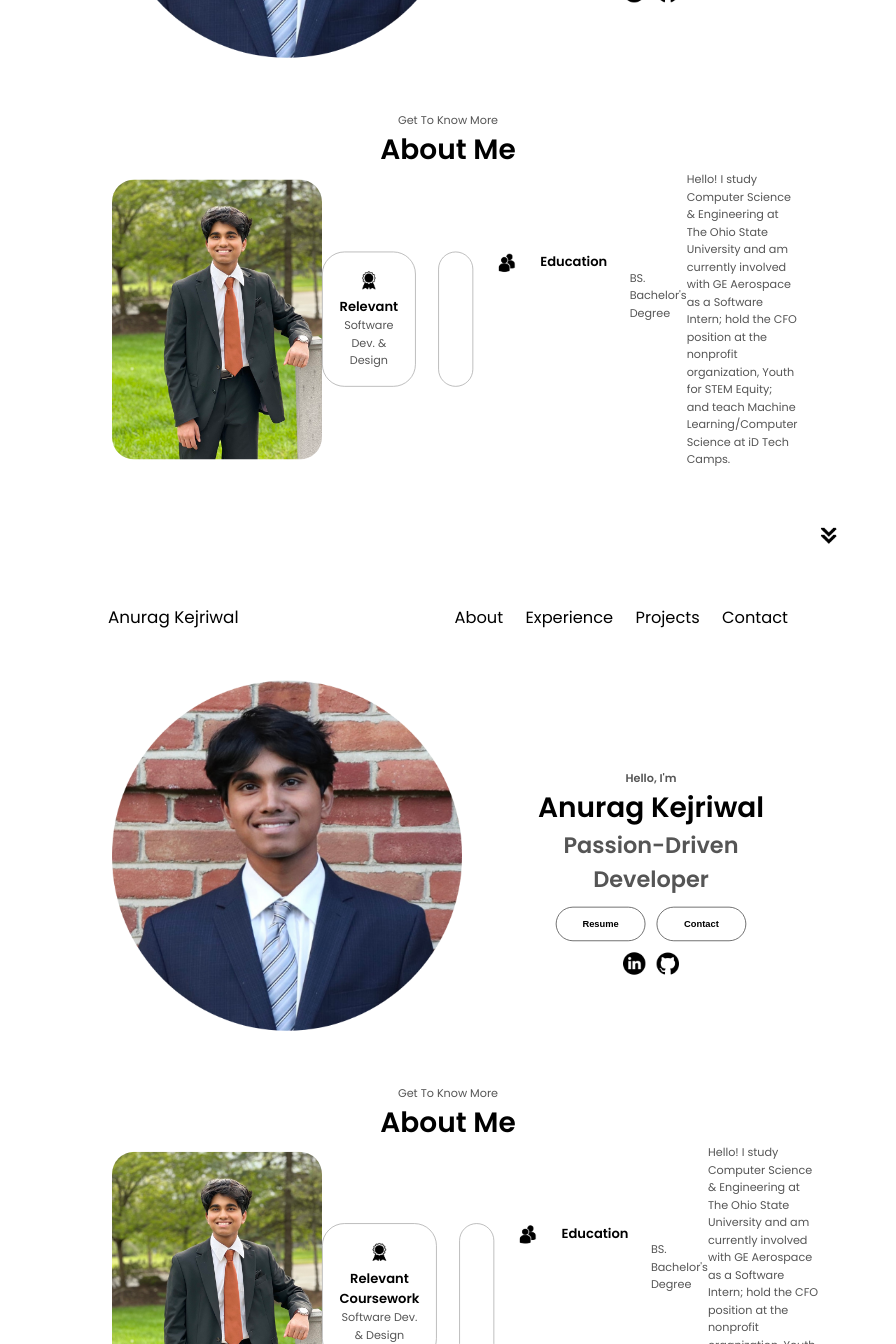
Repository: anuragkej/OldPortfolio
Page: index.html
An editor plug-in stored every save of this project. The page is shown before and after the next save, followed by the edit.
The browser window is 1280 px wide. The pictures show the part of the page from y = 568 to 2488 px (the page is 2779 px tall before and 1390 px after), at 70% of full size.

Above is the page before, as saved 2024-05-26 05:00:53.

### index.html
<!DOCTYPE html>
<html lang="en">
<head>
    <meta charset="UTF-8">
    <meta name="viewport" content="width=device-width, initial-scale=1.0">
    <title>Personal Portfolio</title>
    <link rel="stylesheet" href="style.css">
    <link rel="stylesheet" href="mediaqueries.css">
</head>
<body>
    <nav id="desktop-nav">
        <div class="logo">Anurag Kejriwal</div>
        <div>
            <ul class="nav-links">
                <li><a href="#about">About</a></li>
                <li><a href="#experience">Experience</a></li>
                <li><a href="#projects">Projects</a></li>
                <li><a href="#contact">Contact</a></li>
            </ul>
        </div>
    </nav>
    <nav id="hamburger-nav">
        <div class="logo">Anurag Kejriwal</div>
        <div class="hamburger-menu">
            <div class="hamburger-icon" onclick="toggleMenu()">
                <span></span>
                <span></span>
                <span></span>
            </div>
            <div class="menu-links">
                <li><a href="#about" onclick="toggleMenu()" >About</a></li>
                <li><a href="#experience" onclick="toggleMenu()">Experience</a></li>
                <li><a href="#projects" onclick="toggleMenu()">Projects</a></li>
                <li><a href="#contact" onclick="toggleMenu()">Contact</a></li>
            </div>
        </div>
    </nav>
    <section id="profile">
        <div class="section_pic-container">
            <img src="./assets/anuragprofpic.png" alt="Anurag Kejriwal profile picture">
        </div>
        <div class="section__text">
            <p class="section__text__p1">Hello, I'm</p>
            <h1 class="title">Anurag Kejriwal</h1>
            <p class="section__text__p2">Passion-Driven Developer</p>
            <div class="btn-container">
                <button class="btn btn-color-2"
                onclick="window.open('./assets/AnuragKejriwalResume_2026.pdf')">Resume</button>
                <button class="btn btn-color-1"
                onclick="location.href='./#contact'">Contact</button>
            </div>
            <div id="socials-container">
                <img src="./assets/linkedin.png" alt="My LinkedIn Profile"
                class ="icon" onclick="location.href='https://linkedin.com/in/anuragkejriwal1/'">
                <img src="./assets/github.png" alt="My Github Profile"
                class ="icon" onclick="location.href='https://github.com/anuragkej'">
            </div>
        </div>
    </section>
    <section id="about">
        <p class="section__text__p1">Get To Know More</p>
        <h1 class="title">About Me</h1>
        <div class="section-container">
        <div class="section__pic-container">
            <img src="./assets/E4CC9343-5963-4651-9569-35505B2238C1_1_105_c.jpeg" alt="Profile Picture" class="about-pic"/>
        </div>
        <div class="about-details-container">
            <div class="about-containers">
                <div class="details-container">
                    <img src="./assets/experience.png" alt="Experience icon" class="icon"/>
                    <h3>Relevant </h3>
                    <p>Software Dev. & Design</p>
                </div>
                <div class="details-container"></div>
                <img src="./assets/education.png" alt="Education icon" class="icon"/>
                    <h3>Education</h3>
                    <p><br>BS. Bachelor's Degree</p>
            </div>
        </div>
        <div class="text-container">
            <p>Hello! I study Computer Science & Engineering at The Ohio State University and am currently involved with GE Aerospace as a Software Intern; hold the CFO position at the nonprofit organization, Youth for STEM Equity; and teach Machine Learning/Computer Science at iD Tech Camps.</p>
        </div>
        </div>
        <img src="./assets/arrow.png"
        alt="Arrow Image"
        class="icon arrow"
        onclick = "location.href='./#experience'"
        >
    </section>
    <script src="script.js"></script>

</body>
</html>
<!DOCTYPE html>
<html lang="en">
<head>
    <meta charset="UTF-8">
    <meta name="viewport" content="width=device-width, initial-scale=1.0">
    <title>Personal Portfolio</title>
    <link rel="stylesheet" href="style.css">
    <link rel="stylesheet" href="mediaqueries.css">
</head>
<body>
    <nav id="desktop-nav">
        <div class="logo">Anurag Kejriwal</div>
        <div>
            <ul class="nav-links">
                <li><a href="#about">About</a></li>
                <li><a href="#experience">Experience</a></li>
                <li><a href="#projects">Projects</a></li>
                <li><a href="#contact">Contact</a></li>
            </ul>
        </div>
    </nav>
    <nav id="hamburger-nav">
        <div class="logo">Anurag Kejriwal</div>
        <div class="hamburger-menu">
            <div class="hamburger-icon" onclick="toggleMenu()">
                <span></span>
                <span></span>
                <span></span>
            </div>
            <div class="menu-links">
                <li><a href="#about" onclick="toggleMenu()" >About</a></li>
                <li><a href="#experience" onclick="toggleMenu()">Experience</a></li>
                <li><a href="#projects" onclick="toggleMenu()">Projects</a></li>
                <li><a href="#contact" onclick="toggleMenu()">Contact</a></li>
            </div>
        </div>
    </nav>
    <section id="profile">
        <div class="section_pic-container">
            <img src="./assets/anuragprofpic.png" alt="Anurag Kejriwal profile picture">
        </div>
        <div class="section__text">
            <p class="section__text__p1">Hello, I'm</p>
            <h1 class="title">Anurag Kejriwal</h1>
            <p class="section__text__p2">Passion-Driven Developer</p>
            <div class="btn-container">
                <button class="btn btn-color-2"
                onclick="window.open('./assets/AnuragKejriwalResume_2026.pdf')">Resume</button>
                <button class="btn btn-color-1"
                onclick="location.href='./#contact'">Contact</button>
            </div>
            <div id="socials-container">
                <img src="./assets/linkedin.png" alt="My LinkedIn Profile"
                class ="icon" onclick="location.href='https://linkedin.com/in/anuragkejriwal1/'">
                <img src="./assets/github.png" alt="My Github Profile"
                class ="icon" onclick="location.href='https://github.com/anuragkej'">
            </div>
        </div>
    </section>
    <section id="about">
        <p class="section__text__p1">Get To Know More</p>
        <h1 class="title">About Me</h1>
        <div class="section-container">
        <div class="section__pic-container">
            <img src="./assets/E4CC9343-5963-4651-9569-35505B2238C1_1_105_c.jpeg" alt="Profile Picture" class="about-pic"/>
        </div>
        <div class="about-details-container">
            <div class="about-containers">
                <div class="details-container">
                    <img src="./assets/experience.png" alt="Experience icon" class="icon"/>
                    <h3>Relevant Coursework</h3>
                    <p>Software Dev. & Design</p>
                </div>
                <div class="details-container"></div>
                <img src="./assets/education.png" alt="Education icon" class="icon"/>
                    <h3>Education</h3>
                    <p><br>BS. Bachelor's Degree</p>
            </div>
        </div>
        <div class="text-container">
            <p>Hello! I study Computer Science & Engineering at The Ohio State University and am currently involved with GE Aerospace as a Software Intern; hold the CFO position at the nonprofit organization, Youth for STEM Equity; and teach Machine Learning/Computer Science at iD Tech Camps.</p>
        </div>
        </div>
        <img src="./assets/arrow.png"
        alt="Arrow Image"
        class="icon arrow"
        onclick = "location.href='./#experience'"
        >
    </section>
    <script src="script.js"></script>

</body>
</html>

### style.css
/* General */

@import url('https://fonts.googleapis.com/css2?family=Poppins:wght@300;400;500;600&display=swap');
*{
    margin: 0;
    padding: 0;
}

body{
    font-family: "Poppins", sans-serif;
}

html{
    scroll-behavior: smooth;
}

p{
    color: rgb(85, 85, 85);
}

/* Transition */
/* all the links, with button*/

a,
.btn{
    transition: all 300ms ease;
}

/*Desktop navigation */

nav, .nav-links {
    display: flex;
}

nav{
    justify-content: space-around;
    align-items: center;
    height: 17vh;
}

.nav-links{
    gap: 2rem;
    list-style: none;
    font-size: 1.45rem;
}

a{
    color: black;
    text-decoration: none;
    text-decoration-color: white;

}

a:hover{
    color: grey;
    text-decoration: underline;
    text-underline-offset: 0.7rem;
    text-decoration-color: rgb(181, 181, 181);
}

.logo{
    font-size: 1.5rem
}

.logo:hover{
    cursor:default;
}

/*Hamburger menu */

#hamburger-nav{
    display: none;
}

.hamburger-menu{
    position: relative;
    display: inline-block;
}

.hamburger-icon{
    display: flex;
    flex-direction: column;
    justify-content: space-between;
    height: 24px;
    width: 30px;
    cursor: pointer;
}

.hamburger-icon span{
    width: 100%;
    height: 2px;
    background-color: black;
    transition: all 0.3 ease-in-out;
}

.menu-links{
    position: absolute;
    top: 100%;
    right: 0%;
    background-color: white;
    width: fit-content;
    max-height: 0;
    overflow: hidden;
    transition: all 0.3 ease-in-out;
}

.menu-links a{
    display: block;
    padding: 10px;
    text-align: center;
    font-size: 1.5rem;
    color:black;
    text-decoration: none;
    transition: all 0.3 ease-in-out;

}

.menu-links li{
    list-style: none;
}

.menu-links.open{
    max-height: 300px;
}

.hamburger-icon.open span:first-child{
    transform: rotate(45deg) translate(10px, 5px);
}
.hamburger-icon.open span:nth-child(2){
    opacity: 0;
}
.hamburger-icon.open span:last-child{
    transform: rotate(-45deg) translate(10px, -5px);
}

.hamburger-icon span:first-child{
    transform: none;
}
.hamburger-icon span:first-child{
    opacity: 1;
}
.hamburger-icon span:first-child{
    transform: none;
}

/*Sections*/

section{
    padding-top: 4vh;
    height: 96vh;
    margin: 0 10rem;
    box-sizing: border-box;
    min-height: fit-content;
}

.section-container{
    display: flex;
}

/*Profile Section*/

#profile {
    display: flex;
    justify-content: center;
    gap: 5rem;
    height: 80vh;
}

.section__pic-container{
    display: flex;
    height: 400px;
    width: 400px;
    margin: auto 0;
}

.section__text{
    align-self: center;
    text-align: center;

}

.section__text p{
    font-weight: 600;
}

.section__text__p1{
    text-align: center;
}
.section__text__p2{
    font-size: 2rem;
    margin-bottom: 1rem;
}

.title{
    font-size: 2.5rem;
    text-align: center;
}

#socials-container{
    display: flex;
    justify-content: center;
    margin-top: 1rem;
    gap: 1rem;
}

/*Icon*/

.icon{
    cursor: pointer;
    height: 2rem;
}

/*Buttons*/

.btn-container{
    display: flex;
    justify-content: center;
    gap: 1rem;

}

.btn{
    font-weight: 600;
    transition: all 300ms ease;
    padding: 1rem;
    width: 8rem;
    border-radius: 2rem;
}

.btn-color-1, .btn-color-2{
    border: rgb(53,53,53) 0.1rem solid;
}

.btn-color-1:hover, .btn-color-2:hover{
    cursor: pointer;
}


.btn-color-1:hover, .btn-color-2:hover{
    background: rgb(42, 42, 42);
    color: white;
}

.btn-color-2, .btn-color-1 {
    background: none;
}

.btn-color-2:hover{
    border: rgb(255,255,255) 0.3rem solid;
}


.btn-color-1:hover{
    border: rgb(255,255,255) 0.3rem solid;
}

.btn-container {
    gap: 1rem;
}

/*About section*/

#about{
    position: relative;
}

.about-containers{
    gap:2rem;
    margin-bottom: 2rem;
    margin-top: 2rem;
}

.about-details-container{
    justify-content: center;
    flex-direction: column;

}

.about-containers, .about-details-container{
    display: flex;
}

.about-pic{
    border-radius: 2rem;
}

.arrow{
    position: absolute;
    right: -5rem;
    bottom: 2.5rem;
}

.details-container{
    padding: 1.5rem;
    flex: 1;
    background: white;
    border-radius: 2rem;
    border: rgb(53, 53, 53) 0.1rem solid;
    border-color: rgb(163, 163, 163);
    text-align: center;
}
/* General */

@import url('https://fonts.googleapis.com/css2?family=Poppins:wght@300;400;500;600&display=swap');
*{
    margin: 0;
    padding: 0;
}

body{
    font-family: "Poppins", sans-serif;
}

html{
    scroll-behavior: smooth;
}

p{
    color: rgb(85, 85, 85);
}

/* Transition */
/* all the links, with button*/

a,
.btn{
    transition: all 300ms ease;
}

/*Desktop navigation */

nav, .nav-links {
    display: flex;
}

nav{
    justify-content: space-around;
    align-items: center;
    height: 17vh;
}

.nav-links{
    gap: 2rem;
    list-style: none;
    font-size: 1.45rem;
}

a{
    color: black;
    text-decoration: none;
    text-decoration-color: white;

}

a:hover{
    color: grey;
    text-decoration: underline;
    text-underline-offset: 0.7rem;
    text-decoration-color: rgb(181, 181, 181);
}

.logo{
    font-size: 1.5rem
}

.logo:hover{
    cursor:default;
}

/*Hamburger menu */

#hamburger-nav{
    display: none;
}

.hamburger-menu{
    position: relative;
    display: inline-block;
}

.hamburger-icon{
    display: flex;
    flex-direction: column;
    justify-content: space-between;
    height: 24px;
    width: 30px;
    cursor: pointer;
}

.hamburger-icon span{
    width: 100%;
    height: 2px;
    background-color: black;
    transition: all 0.3 ease-in-out;
}

.menu-links{
    position: absolute;
    top: 100%;
    right: 0%;
    background-color: white;
    width: fit-content;
    max-height: 0;
    overflow: hidden;
    transition: all 0.3 ease-in-out;
}

.menu-links a{
    display: block;
    padding: 10px;
    text-align: center;
    font-size: 1.5rem;
    color:black;
    text-decoration: none;
    transition: all 0.3 ease-in-out;

}

.menu-links li{
    list-style: none;
}

.menu-links.open{
    max-height: 300px;
}

.hamburger-icon.open span:first-child{
    transform: rotate(45deg) translate(10px, 5px);
}
.hamburger-icon.open span:nth-child(2){
    opacity: 0;
}
.hamburger-icon.open span:last-child{
    transform: rotate(-45deg) translate(10px, -5px);
}

.hamburger-icon span:first-child{
    transform: none;
}
.hamburger-icon span:first-child{
    opacity: 1;
}
.hamburger-icon span:first-child{
    transform: none;
}

/*Sections*/

section{
    padding-top: 4vh;
    height: 96vh;
    margin: 0 10rem;
    box-sizing: border-box;
    min-height: fit-content;
}

.section-container{
    display: flex;
}

/*Profile Section*/

#profile {
    display: flex;
    justify-content: center;
    gap: 5rem;
    height: 80vh;
}

.section__pic-container{
    display: flex;
    height: 400px;
    width: 400px;
    margin: auto 0;
}

.section__text{
    align-self: center;
    text-align: center;

}

.section__text p{
    font-weight: 600;
}

.section__text__p1{
    text-align: center;
}
.section__text__p2{
    font-size: 2rem;
    margin-bottom: 1rem;
}

.title{
    font-size: 2.5rem;
    text-align: center;
}

#socials-container{
    display: flex;
    justify-content: center;
    margin-top: 1rem;
    gap: 1rem;
}

/*Icon*/

.icon{
    cursor: pointer;
    height: 2rem;
}

/*Buttons*/

.btn-container{
    display: flex;
    justify-content: center;
    gap: 1rem;

}

.btn{
    font-weight: 600;
    transition: all 300ms ease;
    padding: 1rem;
    width: 8rem;
    border-radius: 2rem;
}

.btn-color-1, .btn-color-2{
    border: rgb(53,53,53) 0.1rem solid;
}

.btn-color-1:hover, .btn-color-2:hover{
    cursor: pointer;
}


.btn-color-1:hover, .btn-color-2:hover{
    background: rgb(42, 42, 42);
    color: white;
}

.btn-color-2, .btn-color-1 {
    background: none;
}

.btn-color-2:hover{
    border: rgb(255,255,255) 0.3rem solid;
}


.btn-color-1:hover{
    border: rgb(255,255,255) 0.3rem solid;
}

.btn-container {
    gap: 1rem;
}

/*About section*/

#about{
    position: relative;
}

.about-containers{
    gap:2rem;
    margin-bottom: 2rem;
    margin-top: 2rem;
}

.about-details-container{
    justify-content: center;
    flex-direction: column;

}

.about-containers, .about-details-container{
    display: flex;
}

.about-pic{
    border-radius: 2rem;
}

.arrow{
    position: absolute;
    right: -5rem;
    bottom: 2.5rem;
}
/* General */

@import url('https://fonts.googleapis.com/css2?family=Poppins:wght@300;400;500;600&display=swap');
*{
    margin: 0;
    padding: 0;
}

body{
    font-family: "Poppins", sans-serif;
}

html{
    scroll-behavior: smooth;
}

p{
    color: rgb(85, 85, 85);
}

/* Transition */
/* all the links, with button*/

a,
.btn{
    transition: all 300ms ease;
}

/*Desktop navigation */

nav, .nav-links {
    display: flex;
}

nav{
    justify-content: space-around;
    align-items: center;
    height: 17vh;
}

.nav-links{
    gap: 2rem;
    list-style: none;
    font-size: 1.45rem;
}

a{
    color: black;
    text-decoration: none;
    text-decoration-color: white;

}

a:hover{
    color: grey;
    text-decoration: underline;
    text-underline-offset: 0.7rem;
    text-decoration-color: rgb(181, 181, 181);
}

.logo{
    font-size: 1.5rem
}

.logo:hover{
    cursor:default;
}

/*Hamburger menu */

#hamburger-nav{
    display: none;
}

.hamburger-menu{
    position: relative;
    display: inline-block;
}

.hamburger-icon{
    display: flex;
    flex-direction: column;
    justify-content: space-between;
    height: 24px;
    width: 30px;
    cursor: pointer;
}

.hamburger-icon span{
    width: 100%;
    height: 2px;
    background-color: black;
    transition: all 0.3 ease-in-out;
}

.menu-links{
    position: absolute;
    top: 100%;
    right: 0%;
    background-color: white;
    width: fit-content;
    max-height: 0;
    overflow: hidden;
    transition: all 0.3 ease-in-out;
}

.menu-links a{
    display: block;
    padding: 10px;
    text-align: center;
    font-size: 1.5rem;
    color:black;
    text-decoration: none;
    transition: all 0.3 ease-in-out;

}

.menu-links li{
    list-style: none;
}

.menu-links.open{
    max-height: 300px;
}

.hamburger-icon.open span:first-child{
    transform: rotate(45deg) translate(10px, 5px);
}
.hamburger-icon.open span:nth-child(2){
    opacity: 0;
}
.hamburger-icon.open span:last-child{
    transform: rotate(-45deg) translate(10px, -5px);
}

.hamburger-icon span:first-child{
    transform: none;
}
.hamburger-icon span:first-child{
    opacity: 1;
}
.hamburger-icon span:first-child{
    transform: none;
}

/*Sections*/

section{
    padding-top: 4vh;
    height: 96vh;
    margin: 0 10rem;
    box-sizing: border-box;
    min-height: fit-content;
}

.section-container{
    display: flex;
}

/*Profile Section*/

#profile {
    display: flex;
    justify-content: center;
    gap: 5rem;
    height: 80vh;
}

.section__pic-container{
    display: flex;
    height: 400px;
    width: 400px;
    margin: auto 0;
}

.section__text{
    align-self: center;
    text-align: center;

}

.section__text p{
    font-weight: 600;
}

.section__text__p1{
    text-align: center;
}
.section__text__p2{
    font-size: 2rem;
    margin-bottom: 1rem;
}

.title{
    font-size: 2.5rem;
    text-align: center;
}

#socials-container{
    display: flex;
    justify-content: center;
    margin-top: 1rem;
    gap: 1rem;
}

/*Icon*/

.icon{
    cursor: pointer;
    height: 2rem;
}

/*Buttons*/

.btn-container{
    display: flex;
    justify-content: center;
    gap: 1rem;

}

.btn{
    font-weight: 600;
    transition: all 300ms ease;
    padding: 1rem;
    width: 8rem;
    border-radius: 2rem;
}

.btn-color-1, .btn-color-2{
    border: rgb(53,53,53) 0.1rem solid;
}

.btn-color-1:hover, .btn-color-2:hover{
    cursor: pointer;
}


.btn-color-1:hover, .btn-color-2:hover{
    background: rgb(42, 42, 42);
    color: white;
}

.btn-color-2, .btn-color-1 {
    background: none;
}

.btn-color-2:hover{
    border: rgb(255,255,255) 0.3rem solid;
}


.btn-color-1:hover{
    border: rgb(255,255,255) 0.3rem solid;
}

.btn-container {
    gap: 1rem;
}

/*About section*/

#about{
    position: relative;
}

.about-containers{
    gap:2rem;
}

.about-details-container{
    justify-content: center;
    flex-direction: column;

}

.about-containers, .about-details-container{
    display: flex;
}

.about-pic{
    border-radius: 2rem;
}

.arrow{
    position: absolute;
    right: -5rem;
    bottom: 2.5rem;
}

### mediaqueries.css
@media screen and (max-width: 1200px) {
    #desktop-nav {
        display: none;
    }
    #hamburger-nav{
        display: flex;
    }
}

### script.js
function toggleMenu(){
    const menu = document.querySelector(".menu-links");
    const icon = document.querySelector(".hamburger-icon");
    menu.classList.toggle("open");
    icon.classList.toggle("open");
}
function toggleMenu(){
    const menu = document.querySelector(".menu-links");
    const icon = document.querySelector(".hamburger-icon");
    menu.classList.toggle("open");
    icon.classList.toggle("open");
}

After the next save:
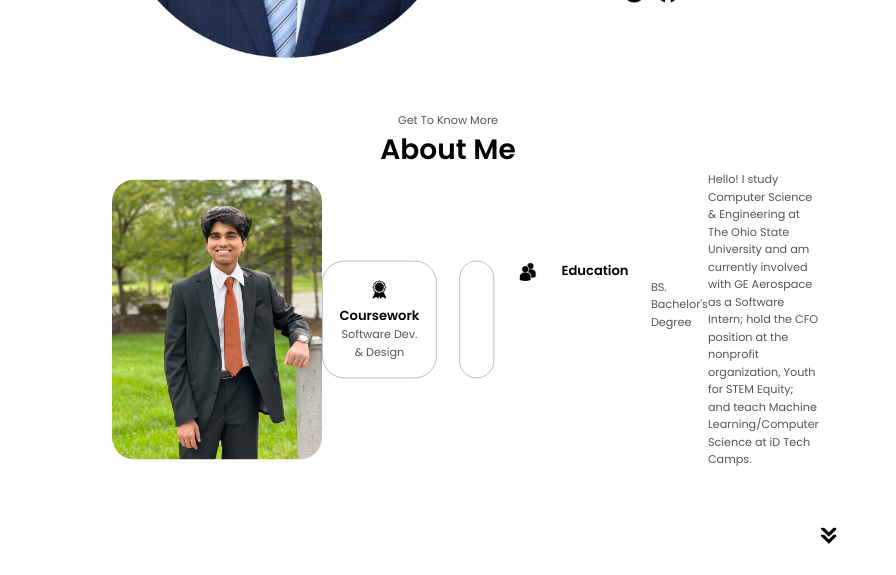
Saved 9 s later.
--- a/index.html
+++ b/index.html
@@ -68,7 +68,7 @@
             <div class="about-containers">
                 <div class="details-container">
                     <img src="./assets/experience.png" alt="Experience icon" class="icon"/>
-                    <h3>Relevant </h3>
+                    <h3>Coursework </h3>
                     <p>Software Dev. & Design</p>
                 </div>
                 <div class="details-container"></div>
@@ -91,96 +91,3 @@
 
 </body>
 </html>
-<!DOCTYPE html>
-<html lang="en">
-<head>
-    <meta charset="UTF-8">
-    <meta name="viewport" content="width=device-width, initial-scale=1.0">
-    <title>Personal Portfolio</title>
-    <link rel="stylesheet" href="style.css">
-    <link rel="stylesheet" href="mediaqueries.css">
-</head>
-<body>
-    <nav id="desktop-nav">
-        <div class="logo">Anurag Kejriwal</div>
-        <div>
-            <ul class="nav-links">
-                <li><a href="#about">About</a></li>
-                <li><a href="#experience">Experience</a></li>
-                <li><a href="#projects">Projects</a></li>
-                <li><a href="#contact">Contact</a></li>
-            </ul>
-        </div>
-    </nav>
-    <nav id="hamburger-nav">
-        <div class="logo">Anurag Kejriwal</div>
-        <div class="hamburger-menu">
-            <div class="hamburger-icon" onclick="toggleMenu()">
-                <span></span>
-                <span></span>
-                <span></span>
-            </div>
-            <div class="menu-links">
-                <li><a href="#about" onclick="toggleMenu()" >About</a></li>
-                <li><a href="#experience" onclick="toggleMenu()">Experience</a></li>
-                <li><a href="#projects" onclick="toggleMenu()">Projects</a></li>
-                <li><a href="#contact" onclick="toggleMenu()">Contact</a></li>
-            </div>
-        </div>
-    </nav>
-    <section id="profile">
-        <div class="section_pic-container">
-            <img src="./assets/anuragprofpic.png" alt="Anurag Kejriwal profile picture">
-        </div>
-        <div class="section__text">
-            <p class="section__text__p1">Hello, I'm</p>
-            <h1 class="title">Anurag Kejriwal</h1>
-            <p class="section__text__p2">Passion-Driven Developer</p>
-            <div class="btn-container">
-                <button class="btn btn-color-2"
-                onclick="window.open('./assets/AnuragKejriwalResume_2026.pdf')">Resume</button>
-                <button class="btn btn-color-1"
-                onclick="location.href='./#contact'">Contact</button>
-            </div>
-            <div id="socials-container">
-                <img src="./assets/linkedin.png" alt="My LinkedIn Profile"
-                class ="icon" onclick="location.href='https://linkedin.com/in/anuragkejriwal1/'">
-                <img src="./assets/github.png" alt="My Github Profile"
-                class ="icon" onclick="location.href='https://github.com/anuragkej'">
-            </div>
-        </div>
-    </section>
-    <section id="about">
-        <p class="section__text__p1">Get To Know More</p>
-        <h1 class="title">About Me</h1>
-        <div class="section-container">
-        <div class="section__pic-container">
-            <img src="./assets/E4CC9343-5963-4651-9569-35505B2238C1_1_105_c.jpeg" alt="Profile Picture" class="about-pic"/>
-        </div>
-        <div class="about-details-container">
-            <div class="about-containers">
-                <div class="details-container">
-                    <img src="./assets/experience.png" alt="Experience icon" class="icon"/>
-                    <h3>Relevant Coursework</h3>
-                    <p>Software Dev. & Design</p>
-                </div>
-                <div class="details-container"></div>
-                <img src="./assets/education.png" alt="Education icon" class="icon"/>
-                    <h3>Education</h3>
-                    <p><br>BS. Bachelor's Degree</p>
-            </div>
-        </div>
-        <div class="text-container">
-            <p>Hello! I study Computer Science & Engineering at The Ohio State University and am currently involved with GE Aerospace as a Software Intern; hold the CFO position at the nonprofit organization, Youth for STEM Equity; and teach Machine Learning/Computer Science at iD Tech Camps.</p>
-        </div>
-        </div>
-        <img src="./assets/arrow.png"
-        alt="Arrow Image"
-        class="icon arrow"
-        onclick = "location.href='./#experience'"
-        >
-    </section>
-    <script src="script.js"></script>
-
-</body>
-</html>
